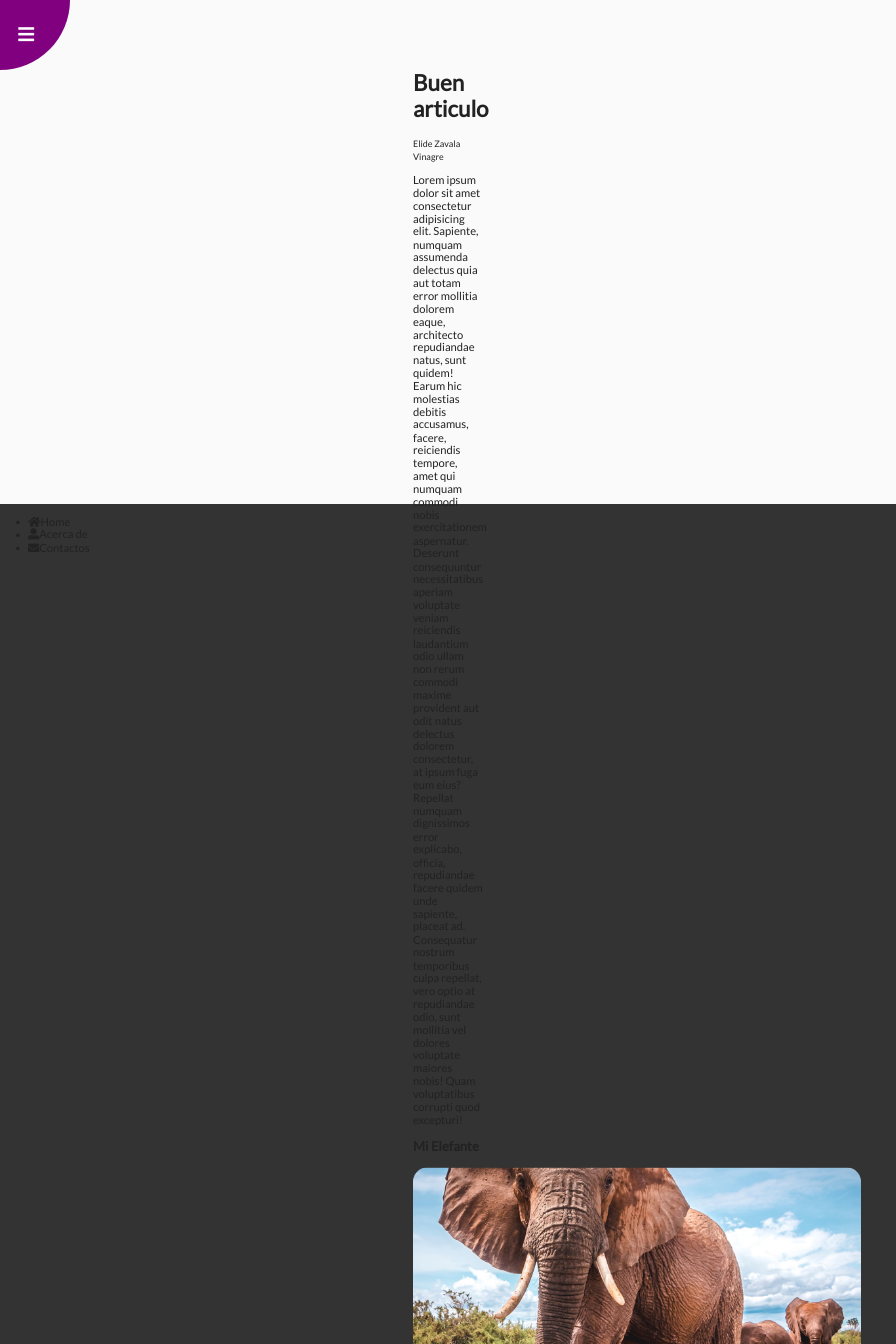
Repository: ElideZavala/Navagacion-en-rotacion
Page: index.html
An editor plug-in stored every save of this project. The page is shown before and after the next save, followed by the edit.
The browser window is 1280 px wide. The pictures show the part of the page from y = 0 to 1920 px (the page is 2982 px tall before and 830 px after), at 70% of full size.

Above is the page before, as saved 2021-05-29 09:36:01.

### index.html
<!DOCTYPE html>
<html lang="en">
<head>
	<meta charset="UTF-8">
	<meta http-equiv="X-UA-Compatible" content="IE=edge">
	<meta name="viewport" content="width=device-width, initial-scale=1.0">
	<link rel="stylesheet" href="https://cdnjs.cloudflare.com/ajax/libs/font-awesome/5.15.3/css/all.min.css" integrity="sha512-iBBXm8fW90+nuLcSKlbmrPcLa0OT92xO1BIsZ+ywDWZCvqsWgccV3gFoRBv0z+8dLJgyAHIhR35VZc2oM/gI1w==" crossorigin="anonymous" referrerpolicy="no-referrer" />
	<link rel="stylesheet" href="style.css">
	<link rel="stylesheet" href="normalize.css">
	<title>Navegación Giratoria</title>
</head>
<body>
	<div class="container">
		<div class="circle-container">
			<div class="circle">
				<button id="close">
					<i class="fas fa-times"></i>
				</button>
				<button id="open">
					<i class="fas fa-bars"></i>
				</button>
			</div>
		</div>

		<div class="content">
			<h1 class="title">Buen articulo</h1>
			<small>Elide Zavala Vinagre</small>
			<p>Lorem ipsum dolor sit amet consectetur adipisicing elit. Sapiente, numquam assumenda delectus quia aut totam error mollitia dolorem eaque, architecto repudiandae natus, sunt quidem! Earum hic molestias debitis accusamus, facere, reiciendis tempore, amet qui numquam commodi nobis exercitationem aspernatur. Deserunt consequuntur necessitatibus aperiam voluptate veniam reiciendis laudantium odio ullam non rerum commodi maxime provident aut odit natus delectus dolorem consectetur, at ipsum fuga eum eius? Repellat numquam dignissimos error explicabo, officia, repudiandae facere quidem unde sapiente, placeat ad. Consequatur nostrum temporibus culpa repellat, vero optio at repudiandae odio, sunt mollitia vel dolores voluptate maiores nobis! Quam voluptatibus corrupti quod excepturi!</p>

			<h3 class="title">Mi Elefante</h3>
			<img class="img" src="./Elefante.jpg" alt="Elefante">
			<p>Lorem ipsum dolor sit amet, consectetur adipisicing elit. Perferendis repellendus autem cumque sequi in laudantium possimus blanditiis. Quis eos tempore, nisi commodi sit molestiae perferendis laboriosam doloremque dolor delectus consectetur cum perspiciatis adipisci suscipit officia vitae doloribus. Veniam nemo aliquam illo. Eaque recusandae, soluta enim odio numquam ab iure placeat quidem in repellendus nemo odit laboriosam culpa sequi et ratione officia natus praesentium facere iste, cupiditate velit ad? Dicta debitis ipsum sequi recusandae corrupti magnam!</p>
		</div>
	</div>

	<nav>
		<ul>
			<li><i class="fas fa-home"></i>Home</li>
			<li><i class="fas fa-user-alt"></i>Acerca de</li>
			<li><i class="fas fa-envelope"></i>Contactos</li>
		</ul>
	</nav>



	<script src="./script.js"></script>
</body>
</html>

### style.css
@import url('https://fonts.googleapis.com/css?family=Lato&display=swap');

* {
	box-sizing: border-box;
}

body {
	font-family: 'Lato', sans-serif;
	background-color: #333;
	color: #222;
	overflow: hidden;
	margin: 0;
}

.container {
	background-color: #fafafa;
	transform-origin: top left;
	transition: transform 0.5s linear;
	width: 100vw;
	height: 100vh;
	padding: 50px;
}

.container.show-nav {
	transform: rotate(-20deg);
}

.img{
	width: 50vw;
	height: 50vh;
	display: flex;
	border-radius: 20px;
	object-fit: cover;
	margin: auto;
}

.circle-container {
	position: fixed;
	top: -100px;
	left: -100px;
}

.circle {
	background-color: purple;
	height: 200px;
	width: 200px;
	border-radius: 50%;
	position: relative;
	transition: transform 0.5s linear;
}

.circle button {
	cursor: pointer;
	position: absolute;
	top: 50%;
	left: 50%;
	height: 100px;
	background: transparent;
	border: 0;
	font-size: 26px;
	color: #fff;
}

.circle button:focus {
	outline: none;
}

.circle button#open {
	left: 60%;
}

.circle button#close {
	top: 60%;
	transform: rotate(90deg);
	transform-origin: top left;
	cursor: pointer;
}

.content {
	max-width: 100px;
	margin: 50px auto;
}

Loaded but not shown: normalize.css (library); script.js (no stored copy; drawn as an empty file)

After the next save:
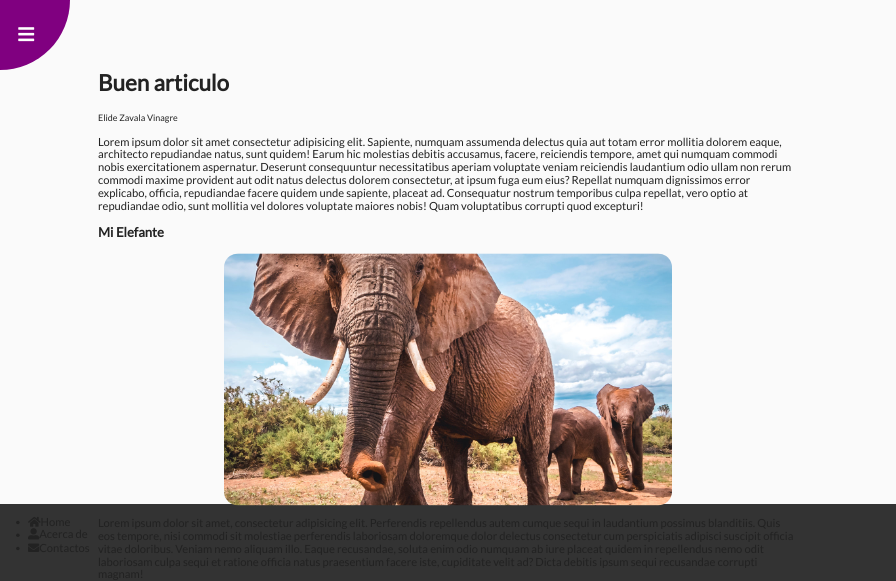
Saved 18 s later.
--- a/style.css
+++ b/style.css
@@ -77,6 +77,6 @@ body {
 }
 
 .content {
-	max-width: 100px;
+	max-width: 1000px;
 	margin: 50px auto;
 }
